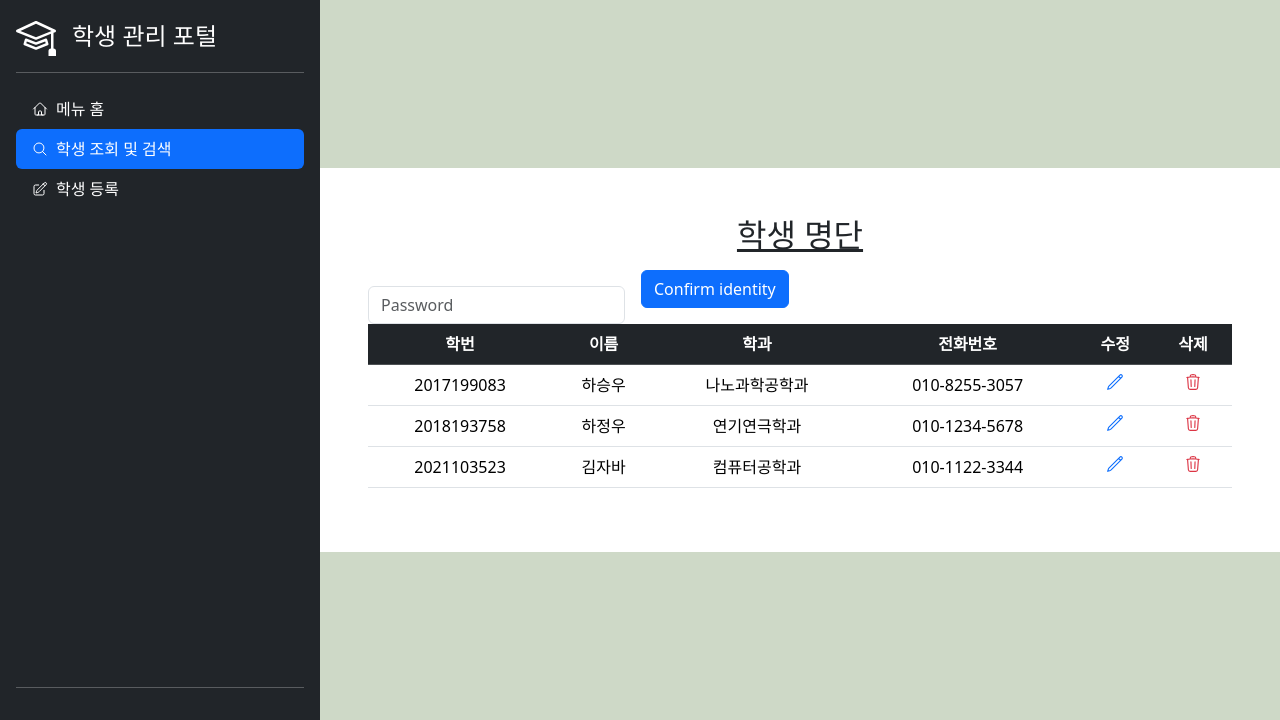
Repository: invisibleufo101/StudentManagementWeb
Page: HSW_Web/src/main/webapp/browse_students.html
An editor plug-in stored every save of this project. The page is shown before and after the next save, followed by the edit.
The browser window is 1280 px wide. The pictures show the whole page.

Above is the page before, as saved 2024-09-19 13:51:21.

### HSW_Web/src/main/webapp/browse_students.html
<!DOCTYPE html>
<html>
<head>
	<meta charset='UTF-8'>
	<meta name='viewport' content='width=device-width, initial-scale=1'>
	<link rel='stylesheet' href='css/bootstrap.min.css' />
	<script defer src='js/bootstrap.bundle.min.js'></script>
	<link rel='icon' href='images/portal_icon.svg'/>
	<title>학생 관리 포털</title>
</head>
<body>
	<main class='d-flex flex-nowrap vh-100'>
		<!-- Start of Navbar -->
		<nav class='d-flex flex-lg-column flex-md-column flex-row flex-shrink-0 p-3 text-bg-dark' style='width: 25vw;'>
			<a href='/' class='d-flex justify-content-around align-items-center mb-3 mb-md-0 me-md-auto text-white text-decoration-none'>
				<svg xmlns='http://www.w3.org/2000/svg' width='40' height='40' fill='currentColor' class='bi bi-mortarboard' viewBox='0 0 16 16'>
				 	<path d='M8.211 2.047a.5.5 0 0 0-.422 0l-7.5 3.5a.5.5 0 0 0 .025.917l7.5 3a.5.5 0 0 0 .372 0L14 7.14V13a1 1 0 0 0-1 1v2h3v-2a1 1 0 0 0-1-1V6.739l.686-.275a.5.5 0 0 0 .025-.917zM8 8.46 1.758 5.965 8 3.052l6.242 2.913z'/>
				 	<path d='M4.176 9.032a.5.5 0 0 0-.656.327l-.5 1.7a.5.5 0 0 0 .294.605l4.5 1.8a.5.5 0 0 0 .372 0l4.5-1.8a.5.5 0 0 0 .294-.605l-.5-1.7a.5.5 0 0 0-.656-.327L8 10.466zm-.068 1.873.22-.748 3.496 1.311a.5.5 0 0 0 .352 0l3.496-1.311.22.748L8 12.46z'/>
				</svg>
				<span class='ms-3' style='font-size: 1.5rem;'>학생 관리 포털</span>
			</a>
			<hr/>
			<ul class="nav nav-pills flex-column mb-auto">
				<!-- Menu Home -->
				<li class="nav-item">
					<a href="/" class="nav-link text-white">
						<div class="d-flex align-items-center">
							<svg class="bi me-2" xmlns="http://www.w3.org/2000/svg" fill="none" viewBox="0 0 24 24" stroke-width="1.5" stroke="currentColor" width="16" height="16">
								<path stroke-linecap="round" stroke-linejoin="round" d="m2.25 12 8.954-8.955c.44-.439 1.152-.439 1.591 0L21.75 12M4.5 9.75v10.125c0 .621.504 1.125 1.125 1.125H9.75v-4.875c0-.621.504-1.125 1.125-1.125h2.25c.621 0 1.125.504 1.125 1.125V21h4.125c.621 0 1.125-.504 1.125-1.125V9.75M8.25 21h8.25" />
							</svg>
							<p class="m-0">메뉴 홈</p>
						</div>
					</a>
				</li>
				<!-- List and Search Students -->
				<li>
					<a href="#" class="nav-link active">
						<div class="d-flex align-items-center">
							<svg class="bi me-2" xmlns="http://www.w3.org/2000/svg" fill="none" viewBox="0 0 24 24" stroke-width="1.5" stroke="currentColor" width="16" height="16">
								<path stroke-linecap="round" stroke-linejoin="round" d="m21 21-5.197-5.197m0 0A7.5 7.5 0 1 0 5.196 5.196a7.5 7.5 0 0 0 10.607 10.607Z" />
							</svg>
							<p class="m-0">학생 조회 및 검색</p>
						</div>
					</a>
				</li>
				<!-- Register Student -->
				<li>
					<a href="#" class="nav-link text-white">
						<div class="d-flex align-items-center">
							<svg class="bi me-2" xmlns="http://www.w3.org/2000/svg" fill="none" viewBox="0 0 24 24" stroke-width="1.5" stroke="currentColor" width="16" height="16">
								<path stroke-linecap="round" stroke-linejoin="round" d="m16.862 4.487 1.687-1.688a1.875 1.875 0 1 1 2.652 2.652L10.582 16.07a4.5 4.5 0 0 1-1.897 1.13L6 18l.8-2.685a4.5 4.5 0 0 1 1.13-1.897l8.932-8.931Zm0 0L19.5 7.125M18 14v4.75A2.25 2.25 0 0 1 15.75 21H5.25A2.25 2.25 0 0 1 3 18.75V8.25A2.25 2.25 0 0 1 5.25 6H10" />
							</svg>
							<p class="m-0">학생 등록</p>
						</div>
					</a>
				</li>
			</ul>
			<hr/>
		</nav>
		<!-- End of Navbar -->
		<section class='d-flex justify-content-center align-items-center' style='width: 75vw; background-color: #ced9c7;'>

			<!-- Start of Student List -->
			<div class='container mx-auto p-5 bg-white overflow-y-auto' style='max-height: 80vh;'>
				<div class='table-responsive'>
					<h2 class='text-center text-decoration-underline mb-3'>학생 명단</h2>

					<form class="row g-3 align-items-end">
						<div class="col-auto">
							<input type="password" class="form-control" id="inputPassword2"
								placeholder="Password">
						</div>
						<div class="col-auto">
							<button type="submit" class="btn btn-primary mb-3">Confirm
								identity</button>
						</div>
					</form>


					<table class='table table-hover text-center'>
						<thead class='table-dark sticky-top'>
						<tr>
							<th scope='col'>학번</th>
							<th scope='col'>이름</th>
							<th scope='col'>학과</th>
							<th scope='col'>전화번호</th>
							<th scope='col'>수정</th>
							<th scope='col'>삭제</th>
						</tr>
					</thead>
					<tbody>
						<tr>
							<td>2017199083</td>
							<td>하승우</td>
							<td>나노과학공학과</td>
							<td>010-8255-3057</td>
							<td>
								<a href='#' class='icon-link icon-link-hover text-primary'>
									<svg xmlns='http://www.w3.org/2000/svg' fill='none' viewBox='0 0 24 24' stroke-width='1.5' stroke='currentColor' width='18' height='18'>
										<path stroke-linecap='round' stroke-linejoin='round' d='m16.862 4.487 1.687-1.688a1.875 1.875 0 1 1 2.652 2.652L6.832 19.82a4.5 4.5 0 0 1-1.897 1.13l-2.685.8.8-2.685a4.5 4.5 0 0 1 1.13-1.897L16.863 4.487Zm0 0L19.5 7.125' />
									</svg>
								</a>
							</td>
							<td>
								<a href='#' class='icon-link icon-link-hover text-danger'>
									<svg xmlns='http://www.w3.org/2000/svg' fill='none' viewBox='0 0 24 24' stroke-width='1.5' stroke='currentColor' width='18' height='18'>
	  									<path stroke-linecap='round' stroke-linejoin='round' d='m14.74 9-.346 9m-4.788 0L9.26 9m9.968-3.21c.342.052.682.107 1.022.166m-1.022-.165L18.16 19.673a2.25 2.25 0 0 1-2.244 2.077H8.084a2.25 2.25 0 0 1-2.244-2.077L4.772 5.79m14.456 0a48.108 48.108 0 0 0-3.478-.397m-12 .562c.34-.059.68-.114 1.022-.165m0 0a48.11 48.11 0 0 1 3.478-.397m7.5 0v-.916c0-1.18-.91-2.164-2.09-2.201a51.964 51.964 0 0 0-3.32 0c-1.18.037-2.09 1.022-2.09 2.201v.916m7.5 0a48.667 48.667 0 0 0-7.5 0' />
									</svg>
								</a>
							</td>
						</tr>
						<tr>
							<td>2018193758</td>
							<td>하정우</td>
							<td>연기연극학과</td>
							<td>010-1234-5678</td>
							<td>
								<a href='#' class='icon-link icon-link-hover text-primary'>
									<svg xmlns='http://www.w3.org/2000/svg' fill='none' viewBox='0 0 24 24' stroke-width='1.5' stroke='currentColor' width='18' height='18'>
										<path stroke-linecap='round' stroke-linejoin='round' d='m16.862 4.487 1.687-1.688a1.875 1.875 0 1 1 2.652 2.652L6.832 19.82a4.5 4.5 0 0 1-1.897 1.13l-2.685.8.8-2.685a4.5 4.5 0 0 1 1.13-1.897L16.863 4.487Zm0 0L19.5 7.125' />
									</svg>
								</a>
							</td>
							<td>
								<a href='#' class='icon-link icon-link-hover text-danger'>
									<svg xmlns='http://www.w3.org/2000/svg' fill='none' viewBox='0 0 24 24' stroke-width='1.5' stroke='currentColor' width='18' height='18'>
	  									<path stroke-linecap='round' stroke-linejoin='round' d='m14.74 9-.346 9m-4.788 0L9.26 9m9.968-3.21c.342.052.682.107 1.022.166m-1.022-.165L18.16 19.673a2.25 2.25 0 0 1-2.244 2.077H8.084a2.25 2.25 0 0 1-2.244-2.077L4.772 5.79m14.456 0a48.108 48.108 0 0 0-3.478-.397m-12 .562c.34-.059.68-.114 1.022-.165m0 0a48.11 48.11 0 0 1 3.478-.397m7.5 0v-.916c0-1.18-.91-2.164-2.09-2.201a51.964 51.964 0 0 0-3.32 0c-1.18.037-2.09 1.022-2.09 2.201v.916m7.5 0a48.667 48.667 0 0 0-7.5 0' />
									</svg>
								</a>
							</td>
						</tr>
						<tr>
							<td>2021103523</td>
							<td>김자바</td>
							<td>컴퓨터공학과</td>
							<td>010-1122-3344</td>
							<td>
								<a href='#' class='icon-link icon-link-hover text-primary'>
									<svg xmlns='http://www.w3.org/2000/svg' fill='none' viewBox='0 0 24 24' stroke-width='1.5' stroke='currentColor' width='18' height='18'>
										<path stroke-linecap='round' stroke-linejoin='round' d='m16.862 4.487 1.687-1.688a1.875 1.875 0 1 1 2.652 2.652L6.832 19.82a4.5 4.5 0 0 1-1.897 1.13l-2.685.8.8-2.685a4.5 4.5 0 0 1 1.13-1.897L16.863 4.487Zm0 0L19.5 7.125' />
									</svg>
								</a>
							</td>
							<td>
								<a href='#' class='icon-link icon-link-hover text-danger'>
									<svg xmlns='http://www.w3.org/2000/svg' fill='none' viewBox='0 0 24 24' stroke-width='1.5' stroke='currentColor' width='18' height='18'>
	  									<path stroke-linecap='round' stroke-linejoin='round' d='m14.74 9-.346 9m-4.788 0L9.26 9m9.968-3.21c.342.052.682.107 1.022.166m-1.022-.165L18.16 19.673a2.25 2.25 0 0 1-2.244 2.077H8.084a2.25 2.25 0 0 1-2.244-2.077L4.772 5.79m14.456 0a48.108 48.108 0 0 0-3.478-.397m-12 .562c.34-.059.68-.114 1.022-.165m0 0a48.11 48.11 0 0 1 3.478-.397m7.5 0v-.916c0-1.18-.91-2.164-2.09-2.201a51.964 51.964 0 0 0-3.32 0c-1.18.037-2.09 1.022-2.09 2.201v.916m7.5 0a48.667 48.667 0 0 0-7.5 0' />
									</svg>
								</a>
							</td>
						</tr>
					</tbody>
					</table>
				</div>
			</div>
			<!-- End of Student List -->
		</section>
	</main>
</body>
</html>

Loaded but not shown: HSW_Web/src/main/webapp/css/bootstrap.min.css (library); HSW_Web/src/main/webapp/js/bootstrap.bundle.min.js (no copy from this time; the picture is the same without it)

After the next save:
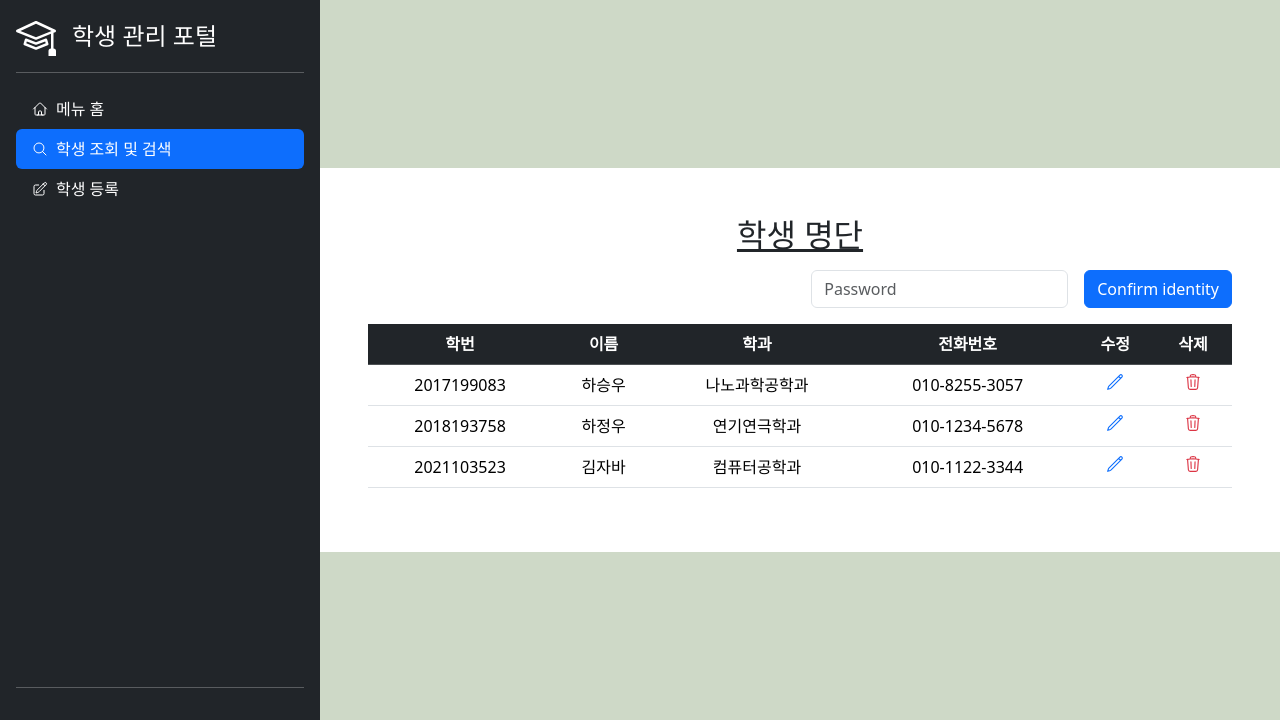
Saved 54 s later.
--- a/HSW_Web/src/main/webapp/browse_students.html
+++ b/HSW_Web/src/main/webapp/browse_students.html
@@ -65,7 +65,7 @@
 				<div class='table-responsive'>
 					<h2 class='text-center text-decoration-underline mb-3'>학생 명단</h2>
 
-					<form class="row g-3 align-items-end">
+					<form class="row g-3 justify-content-end">
 						<div class="col-auto">
 							<input type="password" class="form-control" id="inputPassword2"
 								placeholder="Password">
